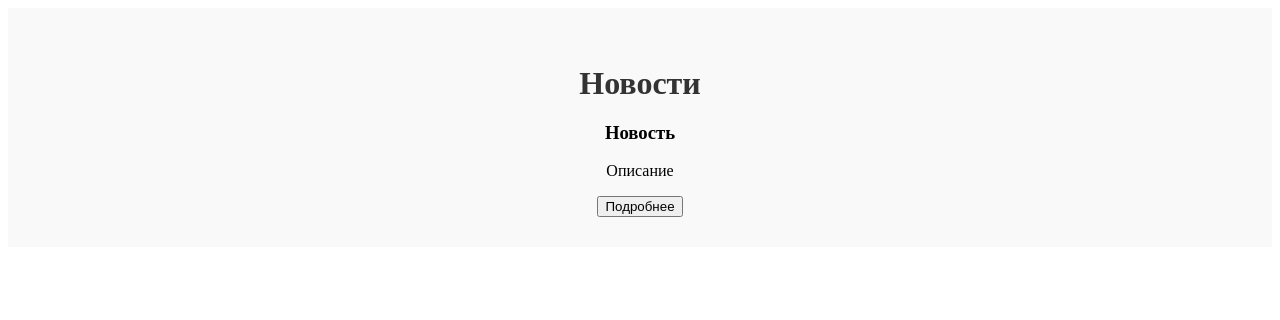
Repository: MaratLK/PLKFrontend
Page: Templates/NewsForIndex.html
The author's editor kept a copy of each file at every save. The page is drawn from the files as they stood at one save, then again after the next save.
The browser window is 1280 px wide. The pictures show the whole page.

Above is the page before, as saved 2024-08-25 06:33:16.

After the next save:
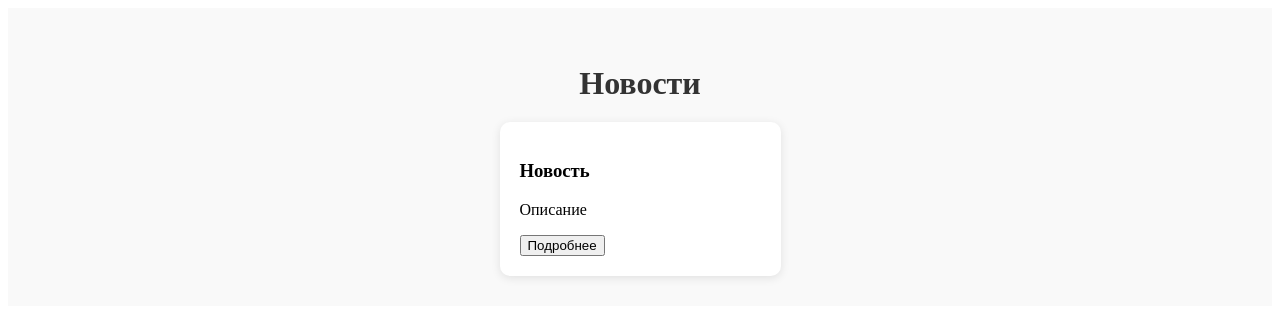
Saved 61 s later.
--- a/Templates/NewsForIndex.html
+++ b/Templates/NewsForIndex.html
@@ -15,6 +15,25 @@
     color: #333;
     margin-bottom: 20px;
     }
+
+    .news-container {
+    display: flex;
+    justify-content: center;
+    flex-wrap: wrap;
+    gap: 20px;
+}
+
+.news-card {
+    background-color: #ffffff;
+    border-radius: 10px;
+    box-shadow: 0 2px 10px rgba(0, 0, 0, 0.1);
+    padding: 20px;
+    width: calc(25% - 20px);
+    box-sizing: border-box;
+    text-align: left;
+}
+
+
     </style>
   </head>
   <body>
